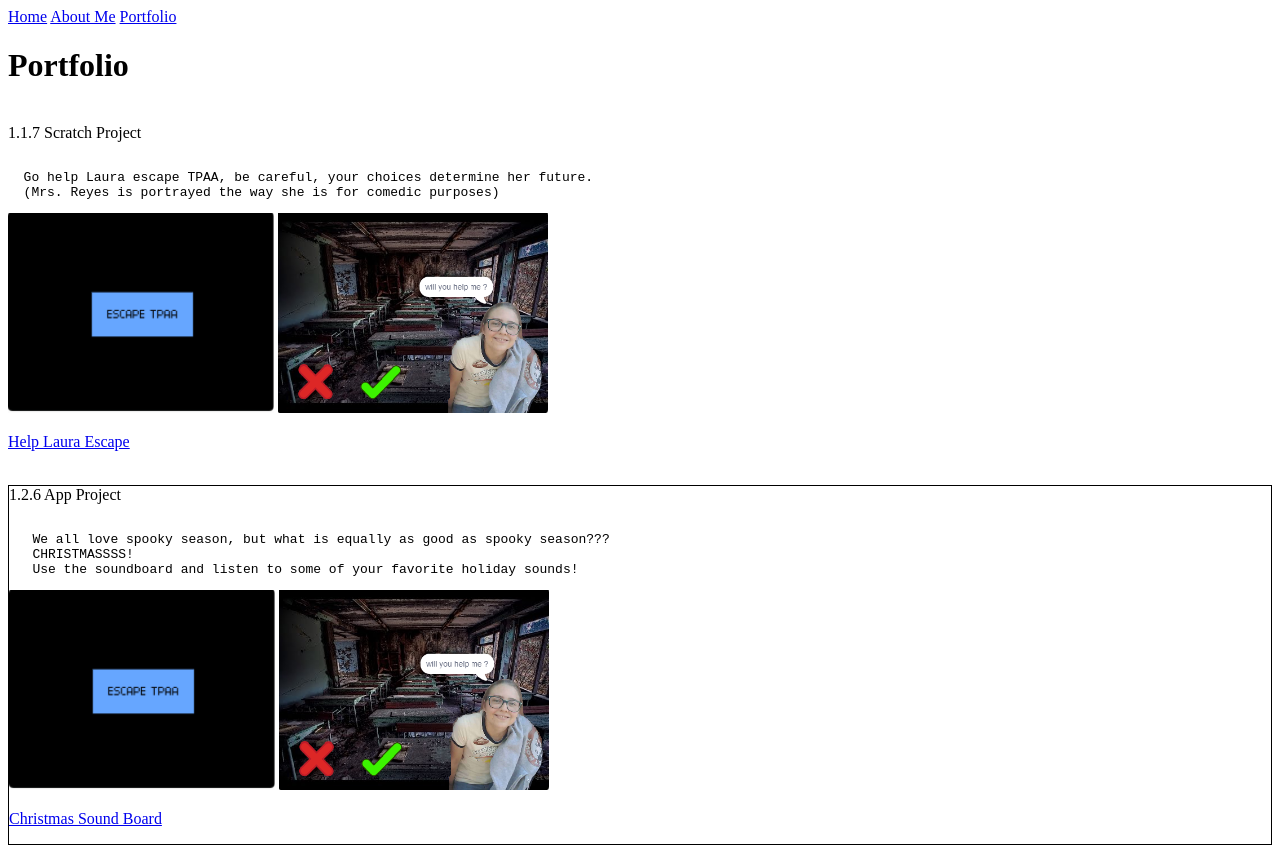
Repository: JDiaz463/JDiaz463.github.io
Page: my_website/portfolio.html
The author's editor kept a record of every edit. The page is drawn from the files as they stood at one moment, then again after the next edit.
The browser window is 1280 px wide. The pictures show the whole page.

Above is the page before.

After the next edit:
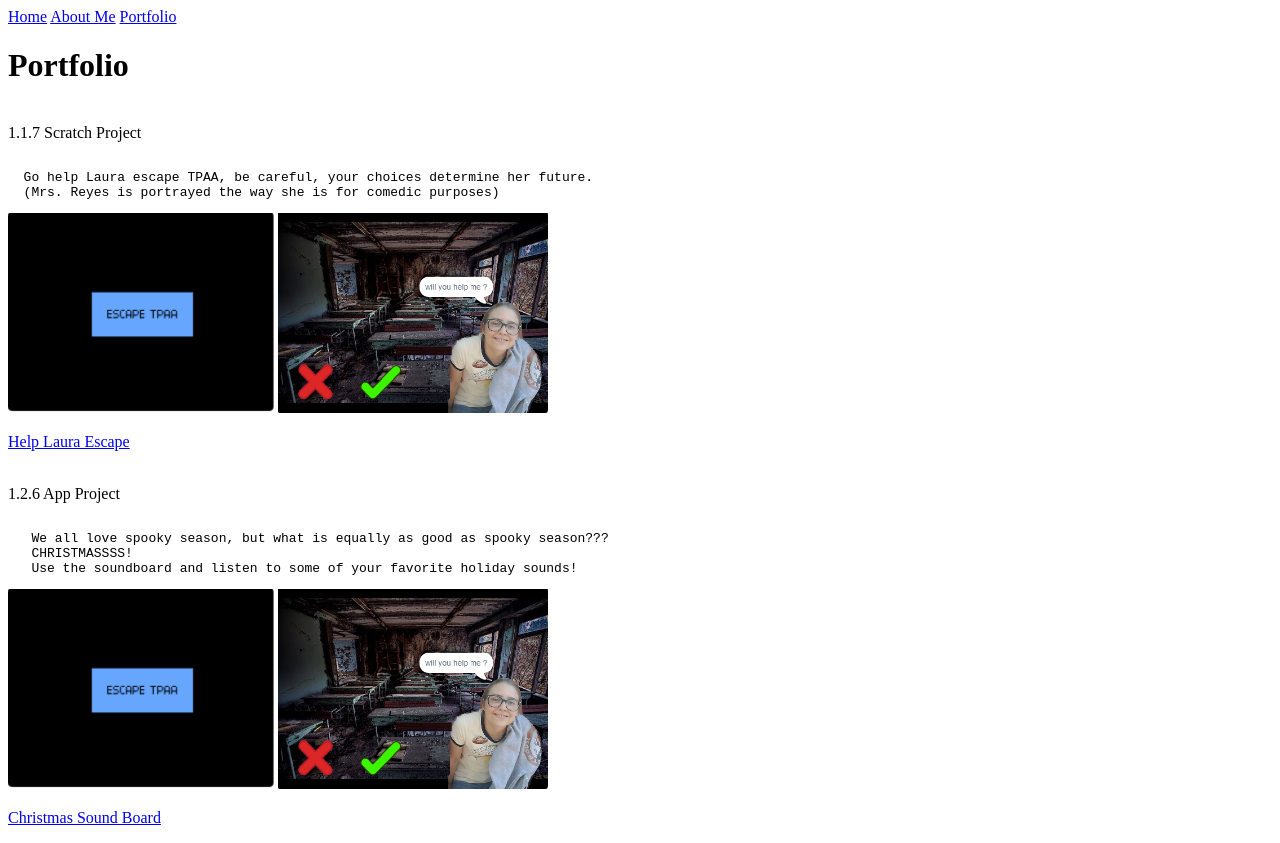
The edit:
--- a/my_website/portfolio.html
+++ b/my_website/portfolio.html
@@ -18,7 +18,7 @@
     </div>
 
     <br>
-     <div style="border: 1px solid black">1.2.6 App Project
+    <div style="border: 1x solid black">1.2.6 App Project
   <pre>
    We all love spooky season, but what is equally as good as spooky season???
    CHRISTMASSSS!
